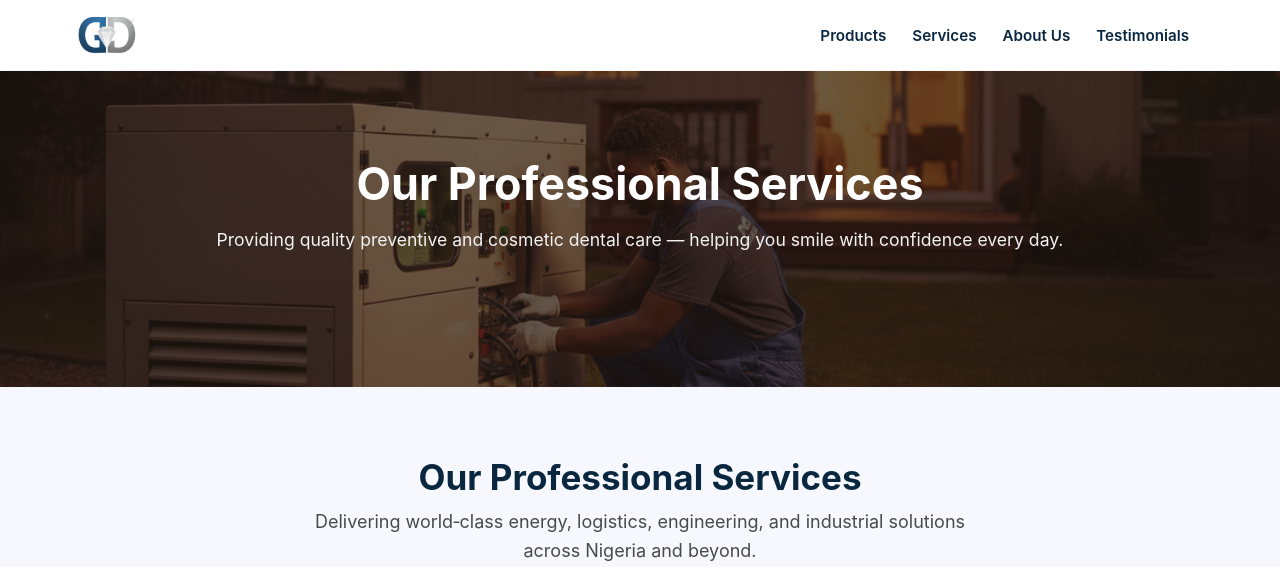
Repository: trenzyfx1/Discover-Diamond-Zillions-Nigeria-Limited
Page: pages/service.html
These files come from the project's save history. The page is drawn as it stood at one moment and after the next save; the edit follows.
The browser window is 1280 px wide. The pictures show the part of the page from y = 0 to 567 px (the page is 3842 px tall before and 3803 px after).
Pictures or frames that could not be fetched are drawn as grey boxes.

Above is the page before, as saved 2025-11-27 16:56:41.
Console error: TypeError: Cannot read properties of null (reading 'querySelector')

After the next save:
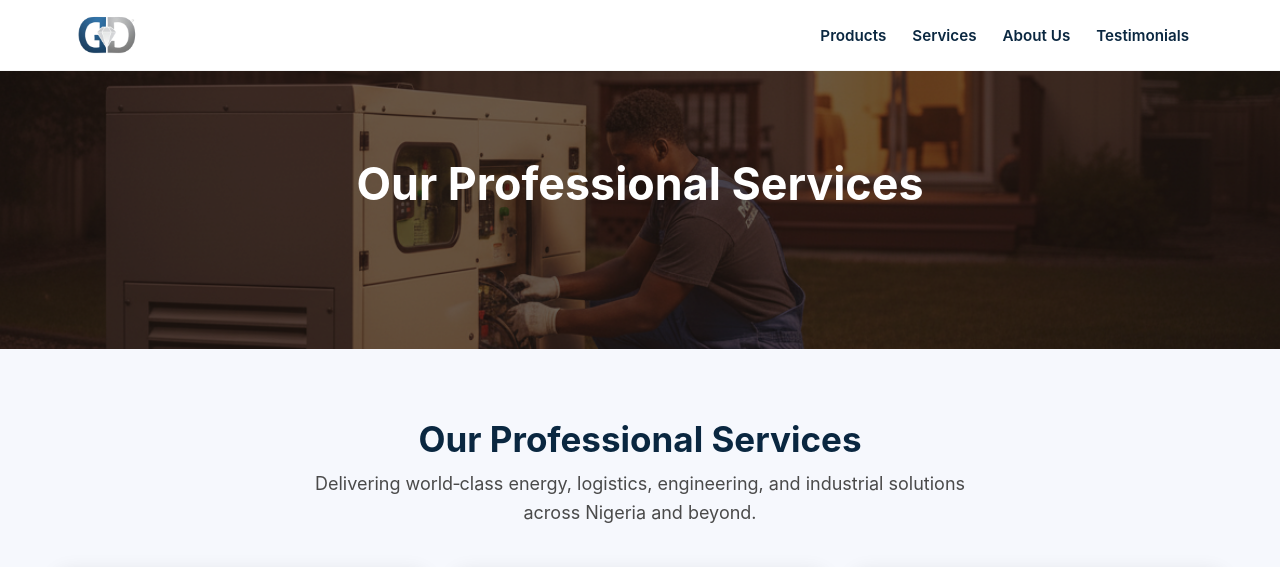
Saved 12 s later.
--- a/pages/service.html
+++ b/pages/service.html
@@ -47,8 +47,7 @@
         <div class="overlay"></div>
         <div class="container hero-content">
             <h1>Our Professional Services</h1>
-            <p>Providing quality preventive and cosmetic dental care — helping you smile with confidence every day.
-            </p>
+            <p>            </p>
         </div>
     </section>
 

After the 2 saves that followed:
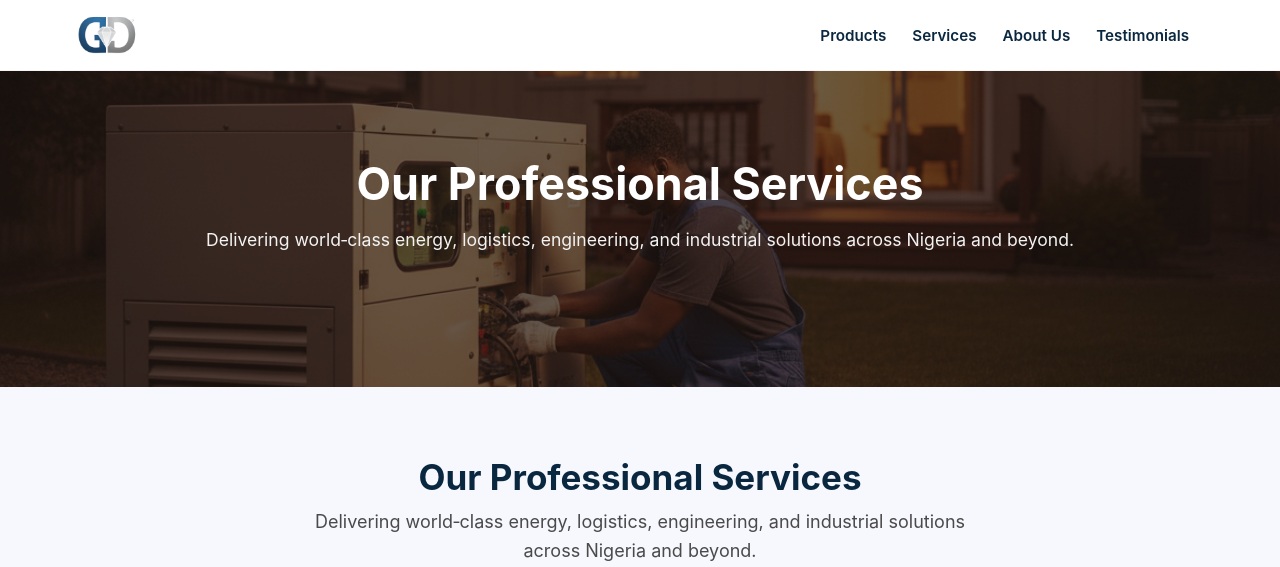
The 2 saves are shown as one change because they came seconds apart.
The last was saved 7 s later.
--- a/pages/service.html
+++ b/pages/service.html
@@ -47,7 +47,8 @@
         <div class="overlay"></div>
         <div class="container hero-content">
             <h1>Our Professional Services</h1>
-            <p>            </p>
+            <p>Delivering world‑class energy, logistics, engineering, and industrial solutions across Nigeria and
+                beyond.</p>
         </div>
     </section>
 
